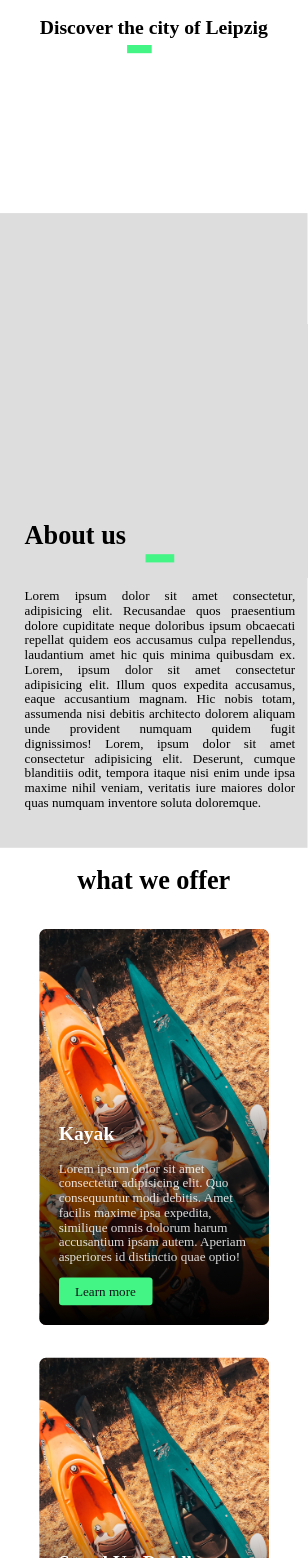
Repository: joseluis2289/Responsive-club-website
Page: index.html
An editor plug-in stored every save of this project. The page is shown before and after the next save, followed by the edit.
The browser window is 375 px wide. The pictures show the part of the page from y = 845 to 2745 px (the page is 4357 px tall), at 82% of full size.
Pictures or frames that could not be fetched are drawn as grey boxes.

Above is the page before, as saved 2021-08-24 13:26:38.

After the next save:
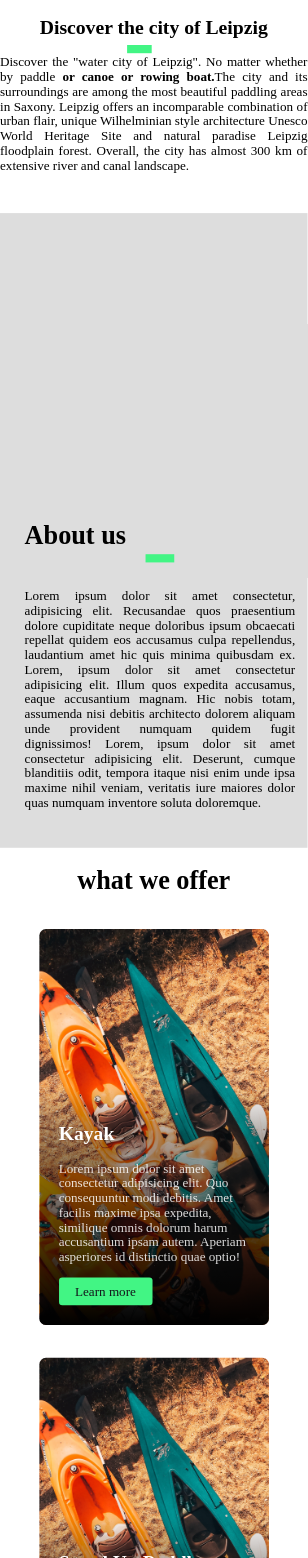
Saved 22 s later.
--- a/style.css
+++ b/style.css
@@ -391,15 +391,11 @@ input#submit{
     .discover-title::after{
         left: 20px;
     }
-    .discover-title{
-
-    }
+
     .p-discover{
         text-align: justify;
         text-justify: inter-word;
-        width: 450px;
-        margin:0 auto 0 20px;
-        font-size: 0px;
+
     }
     .grid-container-about{
         /* margin: 30px 0 0; */
